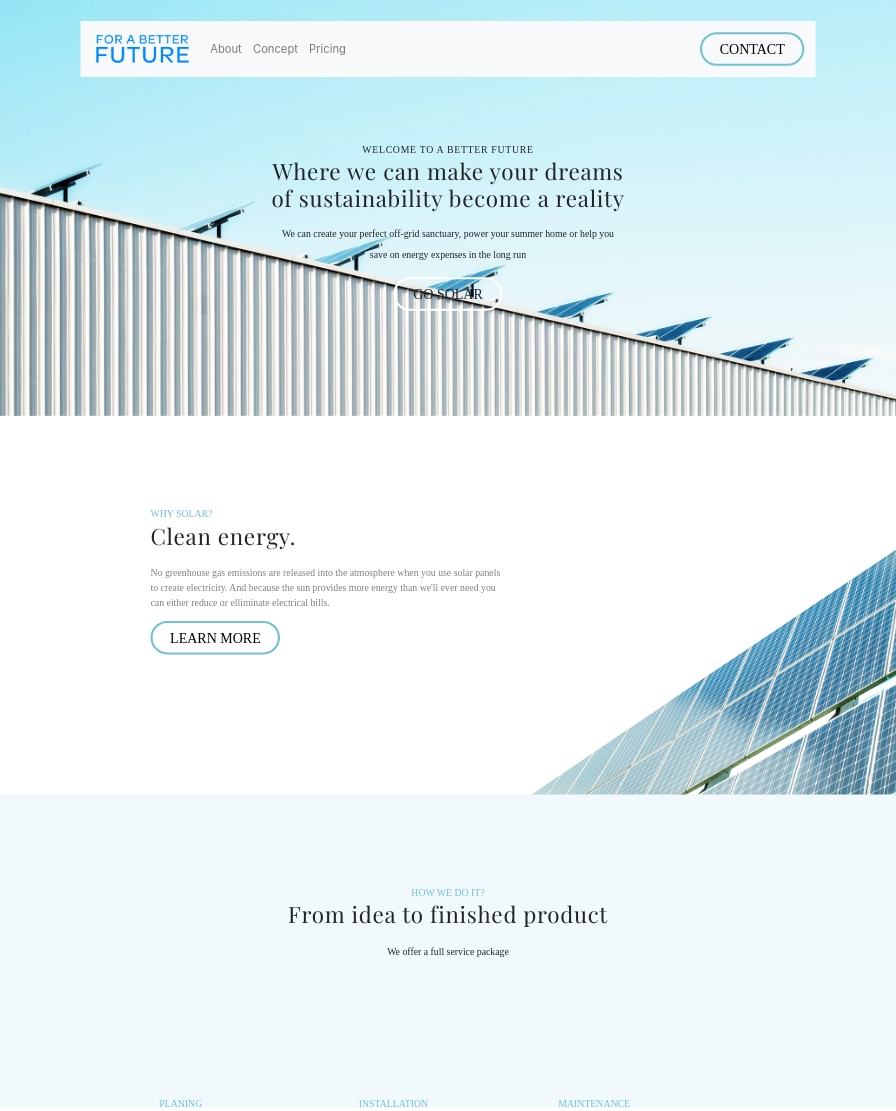
Repository: sabinemm/fabf
Page: index.html
The author's editor kept a record of every edit. The page is drawn from the files as they stood at one moment, then again after the next edit.
The browser window is 1280 px wide. The pictures show the whole page, at 70% of full size.
Backgrounds fixed to the window are drawn as part of the page. Some web fonts or font styles are not loaded; a fallback is used.

Above is the page before.

### index.html
<!DOCTYPE html>
<html lang="en">

<head>
    <meta charset="UTF-8">
    <meta name="viewport" content="width=device-width, initial-scale=1.0">
    <meta http-equiv="X-UA-Compatible" content="ie=edge">
    <link rel="stylesheet" href="style.css" type="text/css" />
    <link rel="stylesheet" href="https://stackpath.bootstrapcdn.com/bootstrap/4.3.1/css/bootstrap.min.css" integrity="sha384-ggOyR0iXCbMQv3Xipma34MD+dH/1fQ784/j6cY/iJTQUOhcWr7x9JvoRxT2MZw1T" crossorigin="anonymous">
    <link rel="stylesheet" media="screen" href="https://fontlibrary.org/face/roundo" type="text/css" />
    <link rel="stylesheet" media="screen" href="https://fontlibrary.org/face/source-sans-pro" type="text/css" />
    <link href="https://fonts.googleapis.com/css?family=Playfair+Display&display=swap" rel="stylesheet">
    <title>FOR A BETTER FUTURE</title>
</head>

<body>

    <!–-----– NAVBAR ------->

    <div class="container">
        <nav class="navbar navbar-fixed-top navbar-expand-lg navbar-light bg-light">
            <a class="navbar-brand" href="#">
          <img src="img/logo.svg" height="50px"alt="logo">
        </a>
            <button class="navbar-toggler" type="button" data-toggle="collapse" data-target="#navbarText" aria-controls="navbarText" aria-expanded="false" aria-label="Toggle navigation">
    <span class="navbar-toggler-icon"></span>
  </button>
            <div class="collapse navbar-collapse justify-content-center" id="navbarText">
                <ul class="navbar-nav mr-auto">
                    <li class="nav-item">
                        <a class="nav-link" href="#">About</a>
                    </li>
                    <li class="nav-item">
                        <a class="nav-link" href="#">Concept</a>
                    </li>
                    <li class="nav-item">
                        <a class="nav-link" href="#">Pricing</a>
                    </li>
                </ul>
                <span class="navbar-text">
          <button type="button" class="btn btn-blue-border">CONTACT</button>
    </span>
            </div>
        </nav>
    </div>

    <!–-----– FIRST SECTION ------->

    <section id="parallax">
        <div class="container">
            <div class="ltitle text-center">
                <p class="uppercase stitle">WELCOME TO A BETTER FUTURE</p>
                <h2> Where we can make your dreams <br> of sustainability become a reality </h2>
                <p class="tparagraph"> We can create your perfect off-grid sanctuary, power your summer home or help you <br> save on energy expenses in the long run</p>
                <button type="button" class="btn  btn-transp-white-border">GO SOLAR</button>
            </div>
        </div>
    </section>

    <!–-----– SECOND SECTION ------->

    <section id="clean">
        <div class="container container-fluid section-2">
            <div class="row">
                <div class="col col-md-6">
                    <p class="uppercase stitle stitle-blue">WHY SOLAR?</p>
                    <h2 class="ltitle ltitle2"> Clean energy.</h2>
                    <p class="tparagraph tparagraph2"> No greenhouse gas emissions are released into the atmosphere when you use solar panels to create electricity. And because the sun provides more energy than we'll ever need you can either reduce or elliminate electrical bills. </p>
                    <button type="button" class="btn btn-blue-border">LEARN MORE</button>

                </div>
            </div>

            <div class="container">
                <div class="col col-md-6 offset-md-6">
                    <img src="img/sidepanel.png" class="sidepanel"></img>
                </div>
            </div>
        </div>

    </section>

    <!–-----– THIRD SECTION ------->

    <section id="idea">
        <div class="idea-title text-center">
            <p class="uppercase stitle stitle-blue">HOW WE DO IT?</p>
            <h2 class="ltitle ltitle2"> From idea to finished product</h2>
            <p class="tparagraph">We offer a full service package</p>

        </div>
        <div class="container idea-table">
            <div class="row justify-content-center">
                <div class=" col-3 ">
                     <p class="uppercase stitle stitle-blue">PLANING</p>
                </div>
                <div class="col-3 ">
                     <p class="uppercase stitle stitle-blue">INSTALLATION</p>
                </div>
                <div class="col-3 ">
                     <p class="uppercase stitle stitle-blue">MAINTENANCE</p>
                </div>
            </div>

        </div>

    </section>

</body>

</html>

### style.css

/*-------------------navbar------------------*/

.navbar {
    margin-top: 30px;
    margin-left: 30px;
    margin-right: 30px;

}

@media (max-width:536px) {
    .navbar {
        margin-top: 15px;
        margin-left: 10px;
        margin-right: 10px;
    }
}

/*-------------------Buttons------------------*/

.btn-transp-white-border,
.btn-transp-white-border:hover,
.btn-transp-white-border:active,
.btn-transp-white-border:visited,
.btn-transp-white-border:active:focus,
.btn-transp-white-border:focus {
    background-color: rgba(0, 0, 0, 0);
    border: solid 3px white !important;
    border-radius: 30px !important;
    color: white;
    text-align: center;
    text-decoration: none;
    display: inline-block;
    font-size: 20px !important;
    font-family: 'SourceSansProRegular';
    padding-left: 25px !important;
    padding-right: 25px !important;
}


.btn-transp-white-border:hover {
    background-color: rgba(255, 255, 255, 0.5);
    padding-left: 25px;
    padding-right: 25px;
}


.btn-blue-border,
.btn-blue-border:hover,
.btn-blue-border:active,
.btn-blue-border:visited,
.btn-blue-border:active:focus,
.btn-blue-border:focus {
    background-color: rgba(0, 0, 0, 0) !important;
    border: solid 3px rgb(112, 192, 214) !important;
    border-radius: 30px !important;
    color: black !important;
    text-align: center;
    text-decoration: none;
    display: inline-block;
    font-size: 20px !important;
    font-family: 'SourceSansProRegular';
    padding-left: 25px !important;
    padding-right: 25px!important;
}

.btn-blue-border:hover {
    background-color: rgba(112, 192, 214, 0.5) !important;
    padding-left: 25px;
    padding-right: 25px;
}


/*-------------------SECTION 1 PAGE 1------------------*/

#parallax {
    background: url(img/1page1section.jpg);
    background-attachment: fixed;
    background-position: bottom;
    background-repeat: no-repeat;
    background-size: cover;
    margin-top: -110px;
}

@media (max-width:536px) {
    #parallax {
        margin-top: -110px;
    }
}

.stitle {
    font-size: 14px;
    font-family: 'RoundoRegular';
    font-weight: 500;
    font-style: normal;
    margin-bottom: -5px;
}

.ltitle {
    padding-top: 200px;
    font-family: 'Playfair Display';
    letter-spacing: 1px;
    line-height: 30px;
    padding-bottom: 150px;
}

@media (max-width:768px) {
    .ltitle {
        padding-top: 150px;
        padding-bottom: 100px;
    }
}

.tparagraph {
    padding-top: 10px;
    font-family: 'SourceSansProRegular';
    font-weight: normal;
    font-style: normal;
    font-size: 14px;
    letter-spacing: 0;
}

@media (max-width:768px) {
    br {
        display: none !important;
        visibility: hidden;
    }
}

/*-------------------SECTION 2 PAGE 1------------------*/
#clean {
    padding-left: 0;
}
@media (min-width:768px) {
#clean {
    padding-left: 200px;
}
}


.stitle-blue {
    color:rgb(112, 192, 214);
    padding-top: 70px;

}

@media (min-width:768px) {
    .stitle-blue {
        padding-top: 130px;
    }
}

.ltitle2 {
padding-top: 10px;
padding-bottom: 10px;
}

.tparagraph2 {
    color: gray;

}

.section-2 {
  padding-bottom: 100px;
}

.sidepanel {
position:relative;
float: right;
height:400px;
margin-top: -150px;
margin-right: -45px;
z-index: -1;
}

/*-------------------SECTION 3 PAGE 1------------------*/

#idea {
    background-color: rgb(242, 249,252);
}

.idea-title {;
    padding-bottom: 50px;
    margin-top: 100px;
}

After the next edit:
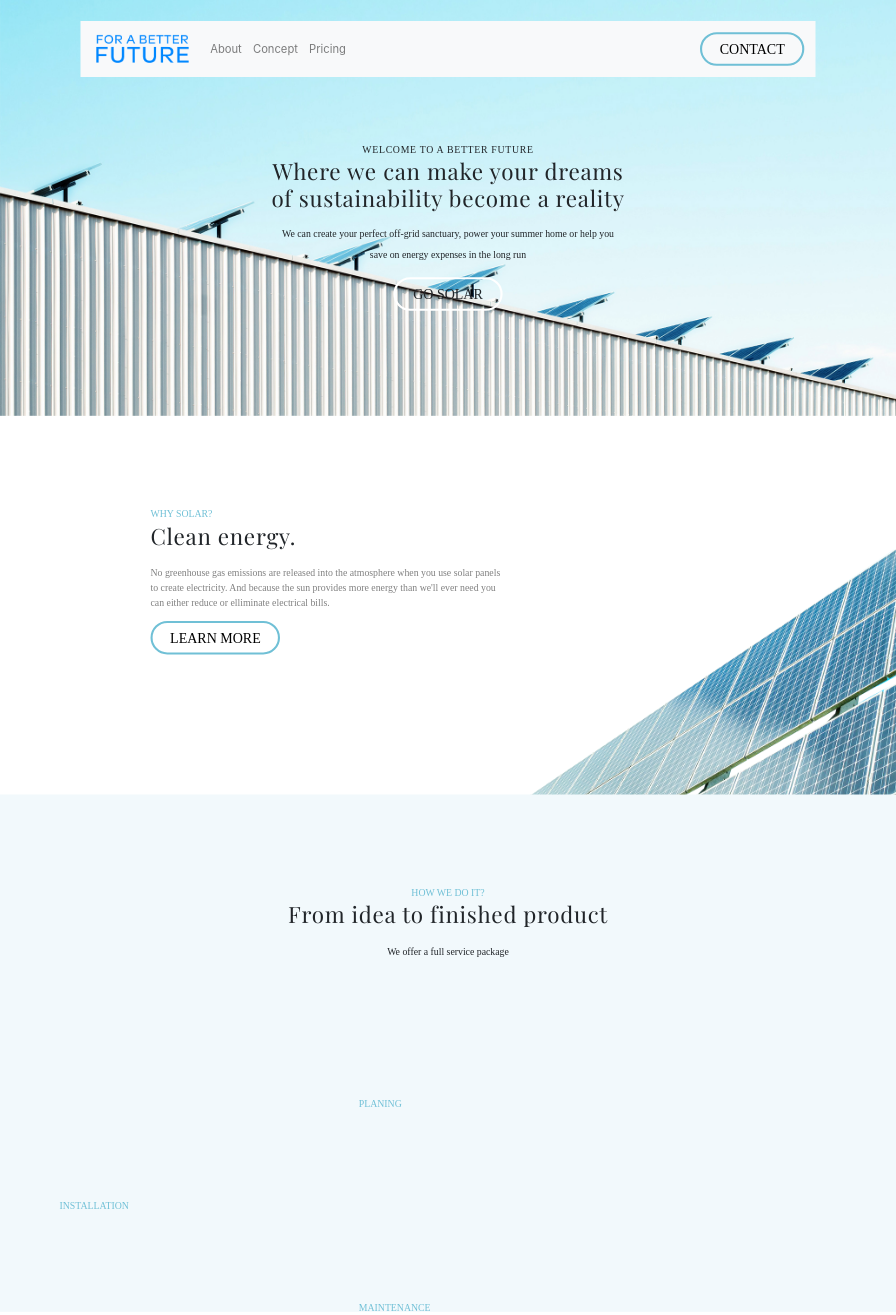
The edit:
--- a/index.html
+++ b/index.html
@@ -94,7 +94,7 @@
                 <div class=" col-3 ">
                      <p class="uppercase stitle stitle-blue">PLANING</p>
                 </div>
-                <div class="col-3 ">
+                <div class="col-3 col-sm-12 ">
                      <p class="uppercase stitle stitle-blue">INSTALLATION</p>
                 </div>
                 <div class="col-3 ">
